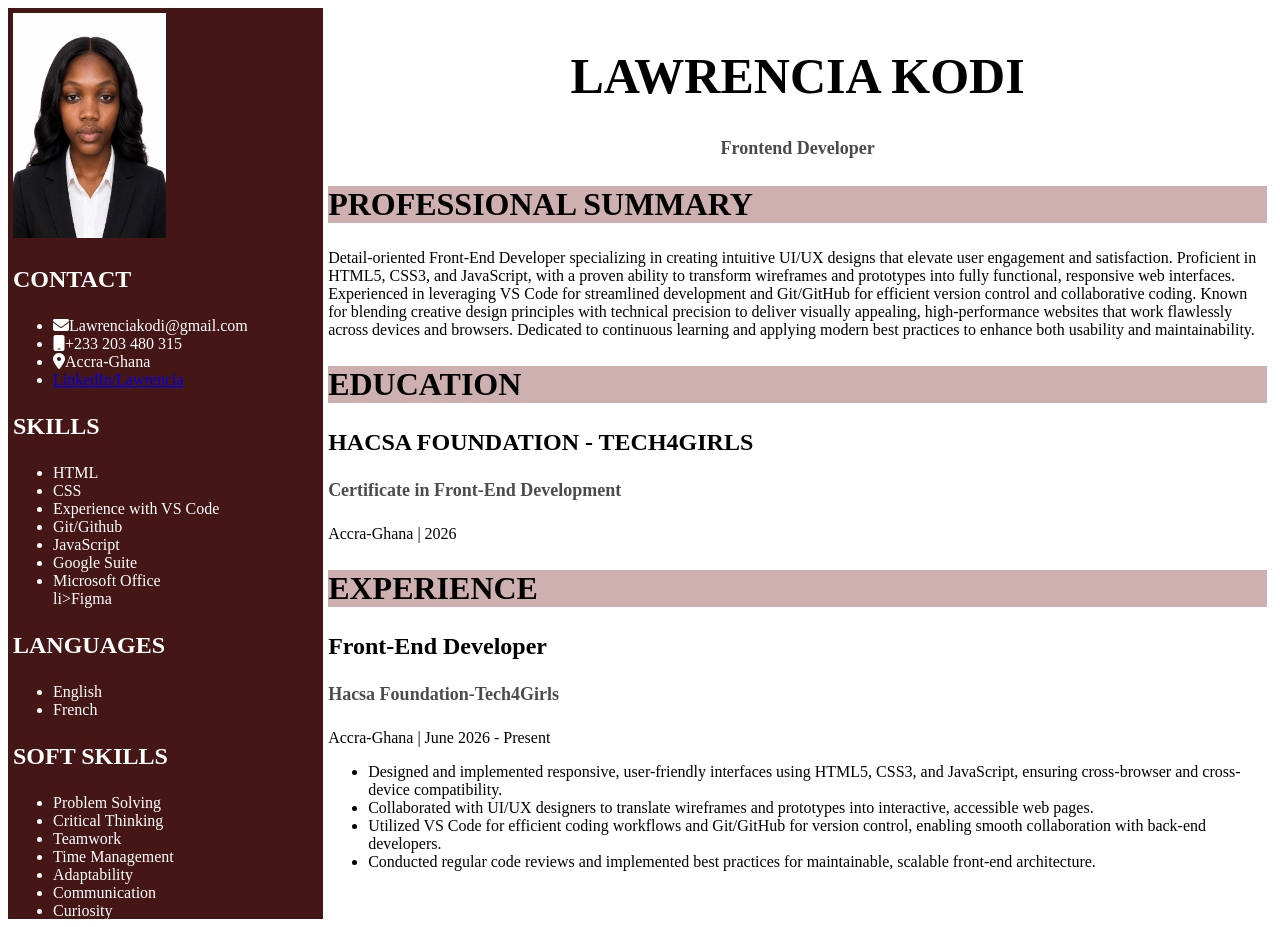
Repository: lawrencia-coder/T4G_CV
Page: index.html
These files come from the project's save history. The page is drawn as it stood at one moment and after a run of saves; the edit follows.
The browser window is 1280 px wide. The pictures show the whole page.
Some icons come from a web library that is not loaded, so they are not drawn. Some web libraries are served in a nearby version.

Above is the page before, as saved 2026-07-15 08:13:18.

After the next 2 saves:
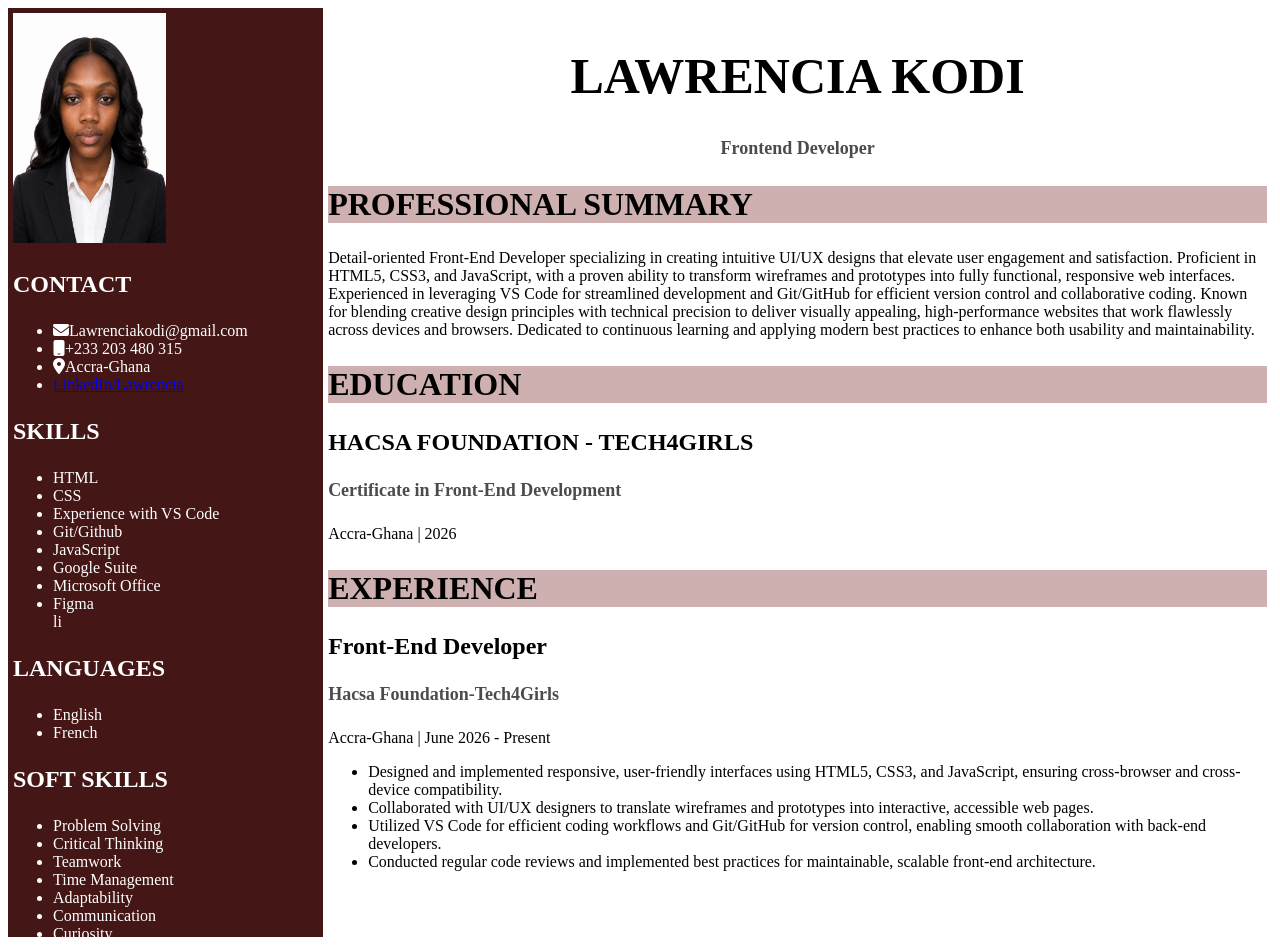
The 2 saves are shown as one change because they came seconds apart.
The last was saved 8 s later.
--- a/index.html
+++ b/index.html
@@ -31,7 +31,8 @@
                     <li>JavaScript</li>
                     <li>Google Suite</li>
                     <li>Microsoft Office</li>
-                    li>Figma</li>
+                    <li>Figma</li>
+                    li
                 </ul>
              </p>
 
